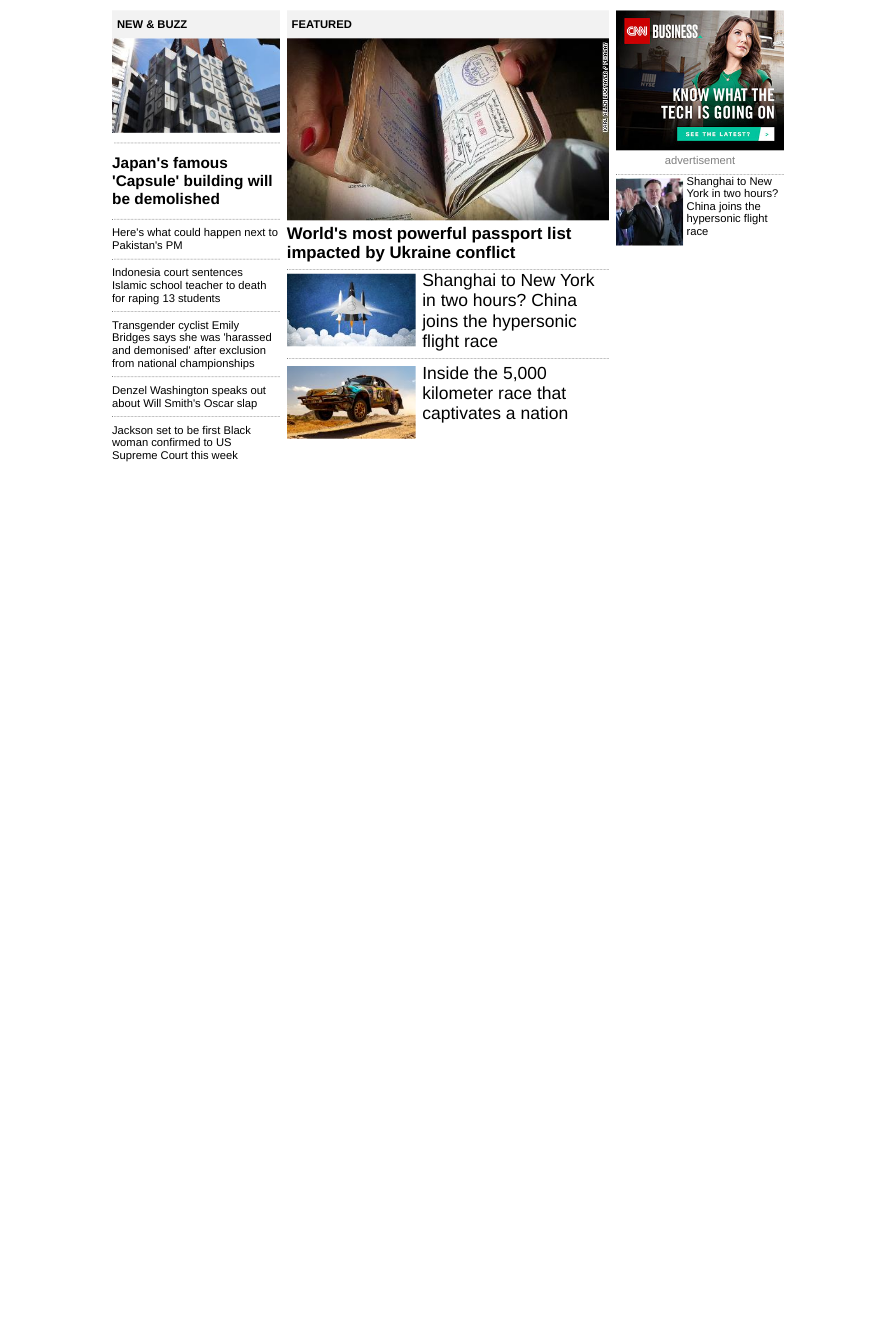
Repository: Vu14082002/WebTinTuc
Page: index.html
An editor plug-in stored every save of this project. The page is shown before and after the next save, followed by the edit.
The browser window is 1280 px wide. The pictures show the part of the page from y = 1394 to 3294 px (the page is 11183 px tall), at 70% of full size.
A picture or video elsewhere on the page could not be fetched, so the positions and the page height are approximate. Some web libraries are served in a nearby version.

Above is the page before, as saved 2022-04-05 20:34:09.

After the next save:
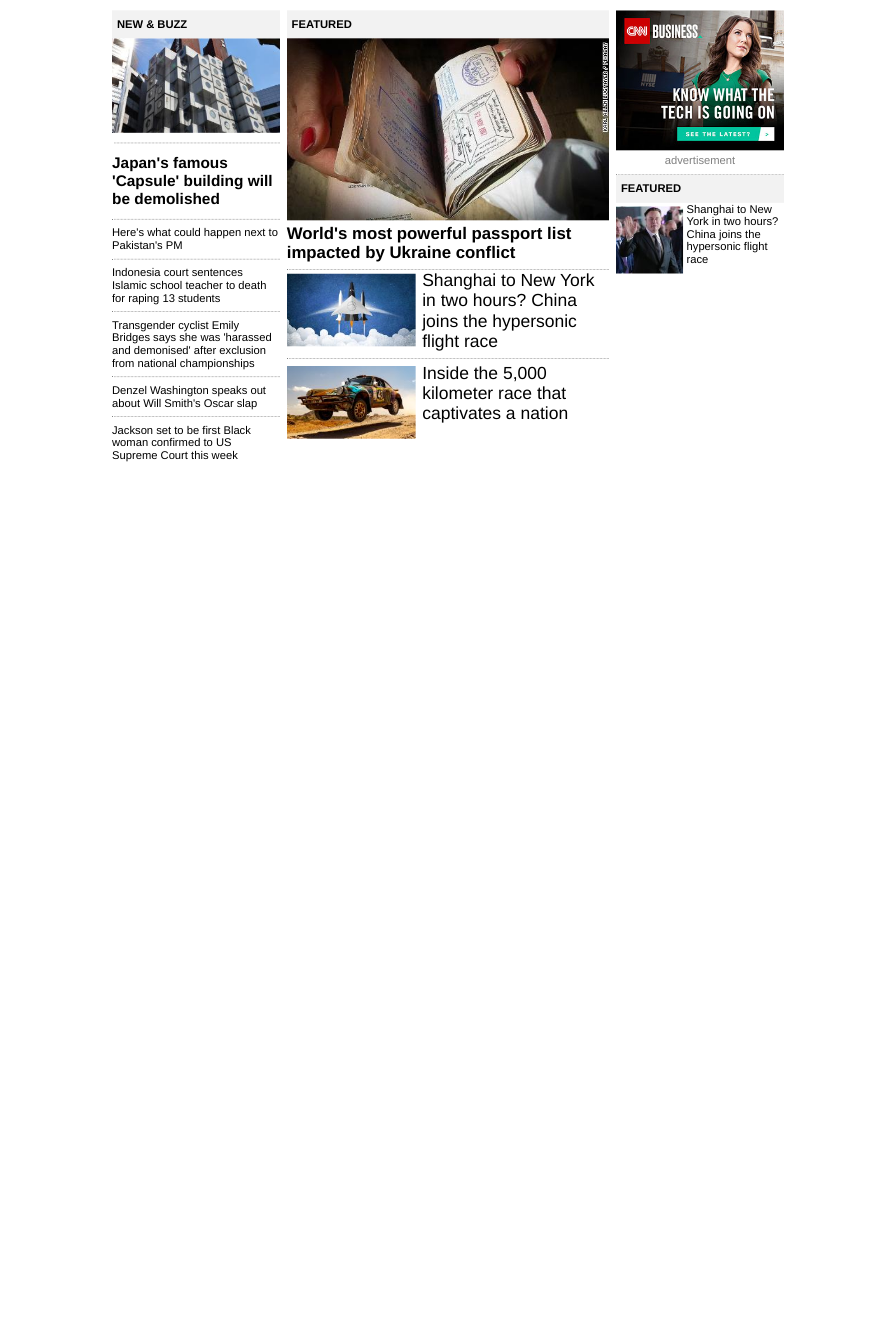
Saved 32 s later.
--- a/index.html
+++ b/index.html
@@ -367,7 +367,9 @@
               </a>
               <div class="quangcao">advertisement</div>
             </div>
-
+            <div class="tieudeAnh">
+              FEATURED
+            </div>
             <div class="hang1">
               <div class="hang1_trai">
                 <img src="/Image/index/ElonMush.jpg" alt="anh ElonMush">
